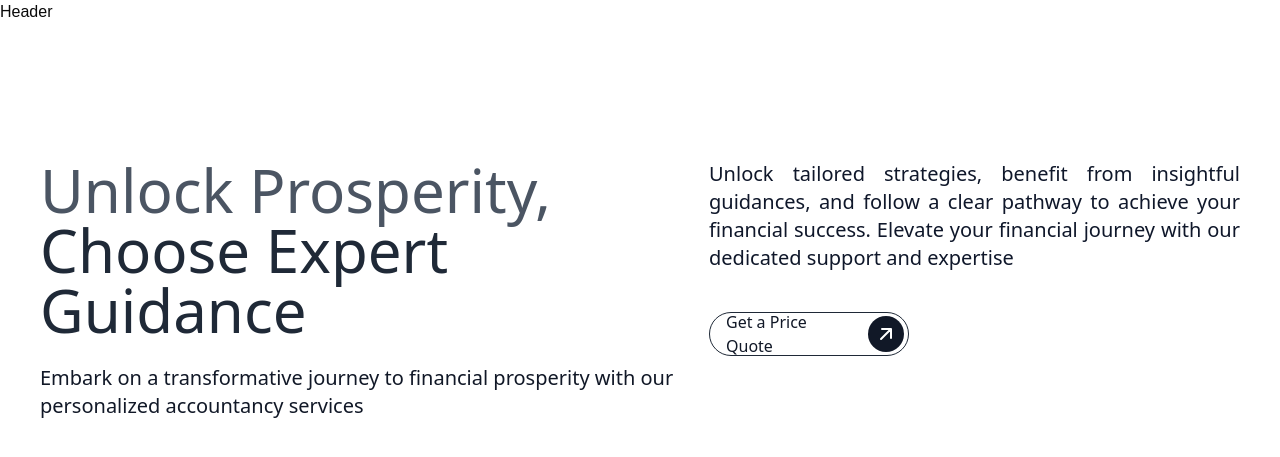
Repository: vespersolutionspk18/integrast-website
Page: /
An editor plug-in stored every save of this project. The page is shown before and after the next save, followed by the edit.
The browser window is 1280 px wide. The pictures show the whole page.
The project was rebuilt for these pictures with package versions that can differ from the ones it lists, and the page was loaded fresh each time. The framework's server and built-in components were replaced by stand-ins that run in the browser. Also part of the build but not shown: next.config.ts.

Above is the page before, as saved 2024-12-09 14:53:43.

After the next save:
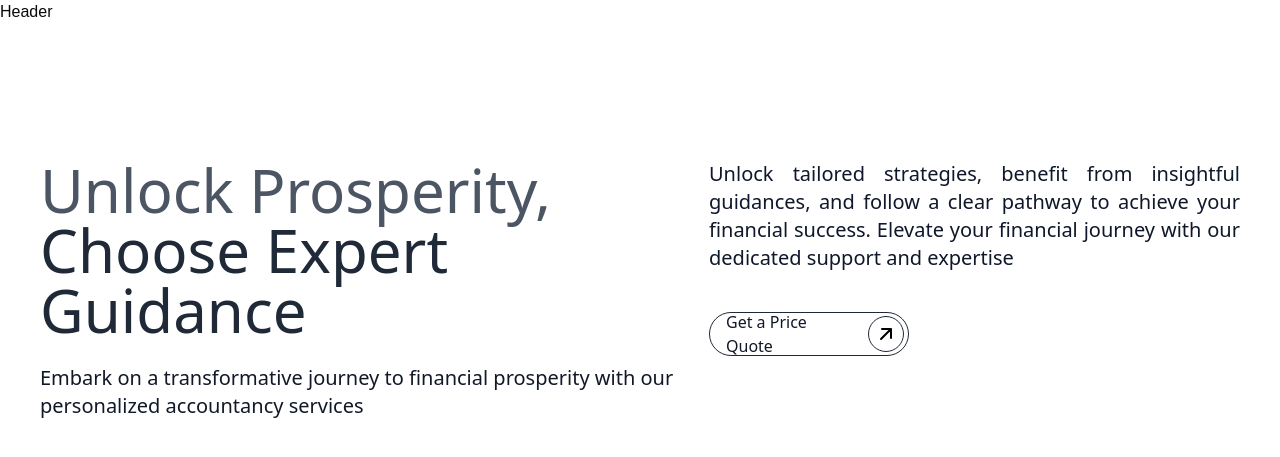
Saved 112 s later.
--- a/app/Hero.tsx
+++ b/app/Hero.tsx
@@ -1,5 +1,5 @@
 import React from 'react'
-import ButtonArrow from "@/public/assets/buttonarrowwhite.svg";
+import ButtonArrow from "@/public/assets/buttonarrow.svg";
 const Hero = () => {
   return (
     <div className="flex flex-col p-10 ">
@@ -17,7 +17,7 @@ const Hero = () => {
 
 >
   <div className="mx-3 font-sans font-regular">Get a Price Quote</div>
-  <div className="bg-gray-900 rounded-full h-[36px] w-[36px] flex items-center justify-center transition-transform duration-500 ease-in-out group-hover:rotate-45">
+  <div className="bg-white border-[0.5px] border-gray-800 rounded-full h-[36px] w-[36px] flex items-center justify-center transition-transform duration-500 ease-in-out group-hover:rotate-45">
     <ButtonArrow className="h-[24px] w-[24px]" />
   </div>
             </div>
